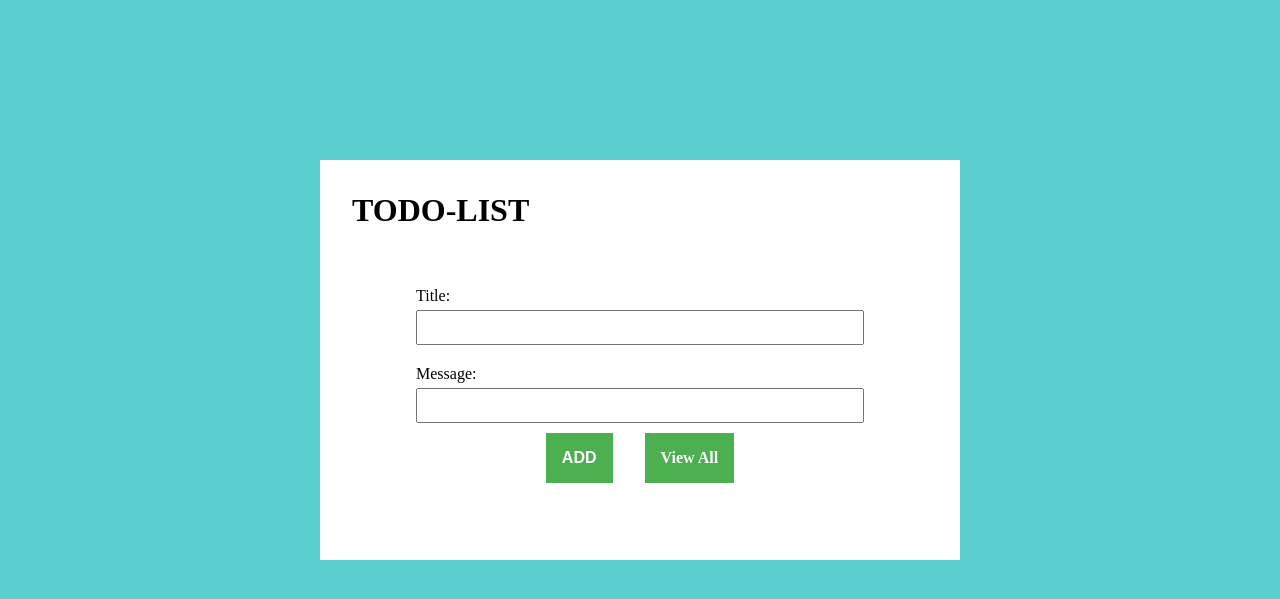
Repository: deeptimahisare1206/Todo_List
Page: http://localhost/Hib_Nest/
An editor plug-in stored every save of this project. The page is shown before and after the next save, followed by the edit.
The browser window is 1280 px wide. The pictures show the whole page.
The page is served by Tomcat 10. Other server files are loaded and not shown.

Above is the page before, as saved 2024-11-17 16:19:39.

### Hib_Nest/src/main/webapp/index.jsp
<%@ page language="java" contentType="text/html; charset=UTF-8"
	pageEncoding="UTF-8"%>
<html>
<head>
<style>
*{
margin:0;
padding:0;
box-sizing: border-box;

}
body {
display:grid;
place-items:center;
	background-color: #5acdcd;
	gap: 2rem;
	height: 100vh;
}

.container{
padding:2rem;
	background-color: white;
	height: 25rem;
	width:50vw;
}

form {
    width: 30rem;
    margin: 0 auto;
    padding: 3rem 1rem;
}

label {
    display: block;
    margin: 10px 0 5px;
}

input[type="text"],
input[type="number"] {
    width: 100%;
    padding: 8px;
    margin-bottom: 10px;
}

input[type="submit"] ,a{
    background-color: #4CAF50;
    color: white;
    font-size:1rem;
    font-weight:bolder;
    padding: 1rem;
    border: none;
    cursor: pointer;
    text-decoration: none;
}

input[type="submit"]:hover {
    background-color: #45a049;
}
.btns{
width: 100%;
display: flex;
gap:2rem;
justify-content:center;
}
</style>
</head>
<body>
<div class="container">
	<h1>TODO-LIST</h1>

	<form action="Register" method="get">
		<label>Title:</label><input type="text" name="title"> <label>Message:
		</label><input type="text" name="msg">
		<div class="btns"> <input type="submit"
			value="ADD">
			<a href="Display.jsp">View All</a></div>
	</form>
	</div>
</body>
</html>

After the next save:
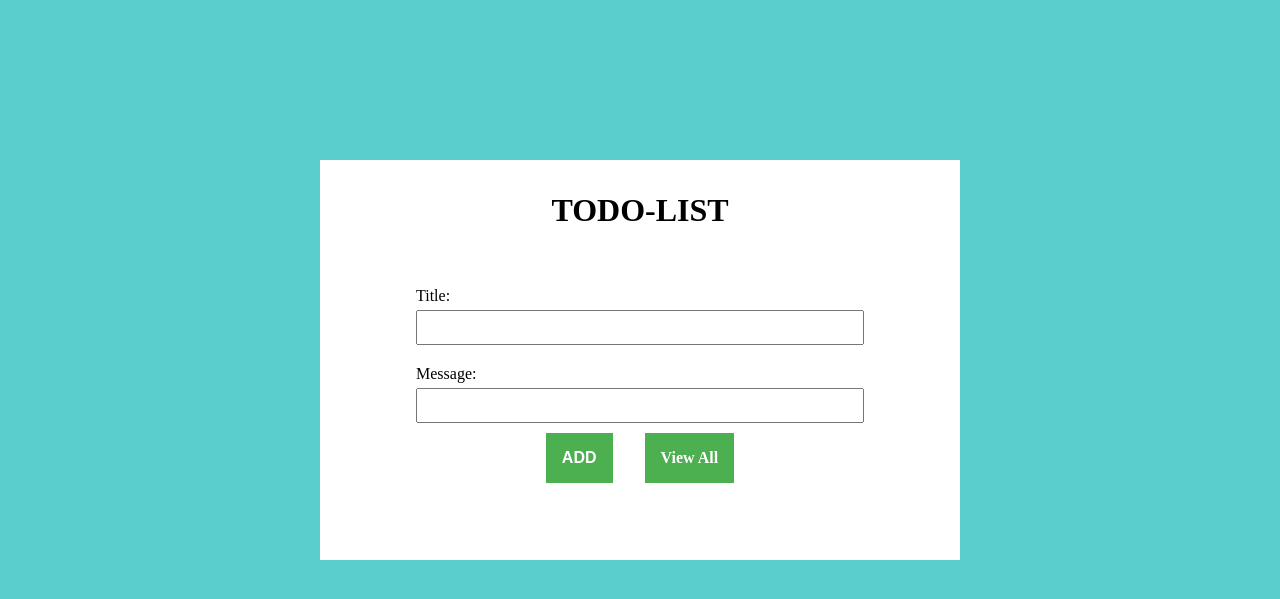
Saved 35 s later.
--- a/Hib_Nest/src/main/webapp/index.jsp
+++ b/Hib_Nest/src/main/webapp/index.jsp
@@ -66,7 +66,7 @@ justify-content:center;
 </head>
 <body>
 <div class="container">
-	<h1>TODO-LIST</h1>
+	<h1 style="text-align: center">TODO-LIST</h1>
 
 	<form action="Register" method="get">
 		<label>Title:</label><input type="text" name="title"> <label>Message:
